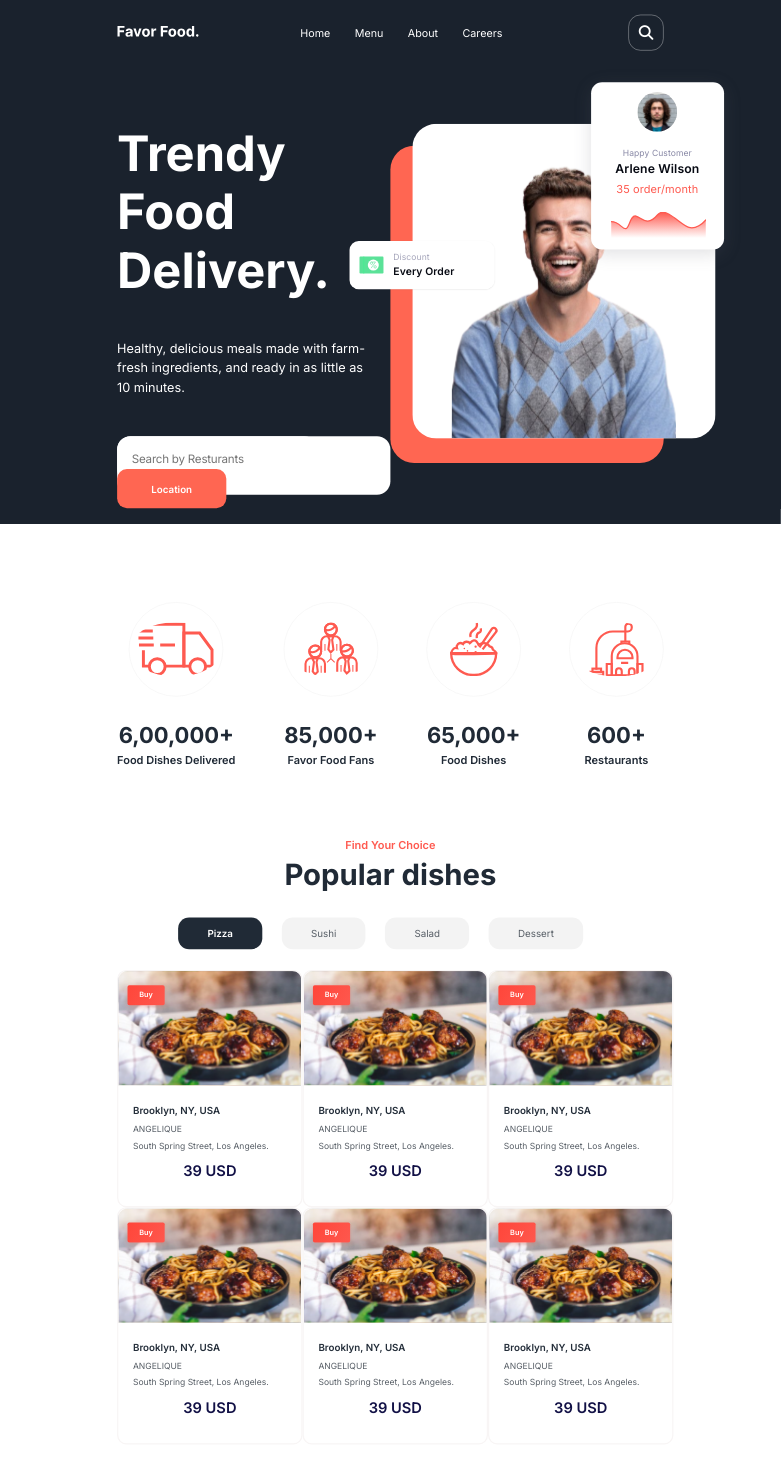
Repository: badhon252/favor-food
Page: index.html
An editor plug-in stored every save of this project. The page is shown before and after the next save, followed by the edit.
The browser window is 1280 px wide. The pictures show the whole page, at 61% of full size.
The style sheet was rebuilt from its Sass, Less or Tailwind sources for each picture, by a compiler version that may differ from the author's.

Above is the page before, as saved 2022-09-12 18:51:12.

### index.html
<!DOCTYPE html>
<html lang="en">

<head>
    <meta charset="UTF-8">
    <meta http-equiv="X-UA-Compatible" content="IE=edge">
    <meta name="viewport" content="width=device-width, initial-scale=1.0">
    <!-- fontawesome cdn link  -->
    <link rel="stylesheet" href="https://cdnjs.cloudflare.com/ajax/libs/font-awesome/6.2.0/css/all.min.css">
    <!-- custom css  -->
    <link rel="stylesheet" href="scss/style.css">

    <title>Favor-Food</title>
</head>

<body>
    <header class="">
        <div class="container">

            <nav>
                <div class="navbar-brand">
                    <img src="./images/logo.svg" alt="">
                </div>
                <ul class="nav">
                    <li><a href="">Home</a></li>
                    <li><a href="">Menu</a></li>
                    <li><a href="">About</a></li>
                    <li><a href="">Careers</a></li>
                </ul>

                <div class="search-icon">
                    <i class="fa-solid fa-magnifying-glass"></i>
                </div>
            </nav>

            <div class="header-content my-2">
                <div class="row">


                    <div class="col-md-6">
                        <h1>Trendy Food <br> Delivery.</h1>
                        <p class="my-5">Healthy, delicious meals made with farm- <br> fresh ingredients, and ready in as
                            little as <br>
                            10 minutes.
                        </p>
                        <form action="">
                            <input type="text" id="location" placeholder="Search by Resturants">
                            <label for="location">Location</label>
                        </form>
                    </div>
                    <div class="col-md-6">
                        <div class="card my-3">

                            <img src="./images/image 624.svg" class="header-main-img" alt="">

                            <div class="discount-card">
                                <img src="./images/Group 4347.svg" alt="">
                                <div class="discount">
                                    <h4>Discount</h4>
                                    <h2>Every Order</h2>
                                </div>
                            </div>
                            <div class="profile-card">
                                <img src="./images/Group 2738.svg" alt="">
                                <h4>Happy Customer</h4>
                                <h3>Arlene Wilson</h3>
                                <h2>35 order/month</h2>
                                <img src="./images/Group 2811.svg" alt="">
                            </div>
                        </div>
                    </div>
                </div>
            </div>
        </div>
    </header>

    <div class="second-section">
        <div class="row container">
            <div class="col-md-3">
                <img src="./images/Group 4321.svg" alt="" class="my-2 py-2">
                <h2>6,00,000+</h2>
                <h3>Food Dishes Delivered</h3>
            </div>
            <div class="col-md-3">
                <img src="./images/Group 4328.svg" alt="" class="my-2 py-2">
                <h2>85,000+</h2>
                <h3>Favor Food Fans</h3>
            </div>
            <div class="col-md-3">
                <img src="./images/Group 4323.svg" alt="" class="my-2 py-2">
                <h2>65,000+</h2>
                <h3>Food Dishes</h3>
            </div>
            <div class="col-md-3">
                <img src="./images/Group 4324.svg" alt="" class="my-2 py-2">
                <h2>600+</h2>
                <h3>Restaurants</h3>
            </div>
        </div>
    </div>

    <section class="third-section container">
        <h3>Find Your Choice</h3>
        <h2>Popular dishes</h2>
        <nav class="my-3">
            <ul>
                <li><a href="" class="active-btn btn">Pizza</a></li>
                <li><a href="" class="btn">Sushi</a></li>
                <li><a href="" class="btn">Salad</a></li>
                <li><a href="" class="btn">Dessert</a></li>
            </ul>
        </nav>

        <div class="food-items">
            <div class="row">

                <div class="col-md-4 card">
                    <div class="card-header">
                        <img src="./images/Rectangle 3.svg" alt="">
                        <div class="card-tag btn">Buy</div>
                    </div>
                    <div class="card-body">
                        <h4>Brooklyn, NY, USA</h4>
                        <h5>ANGELIQUE</h5>
                        <h6>South Spring Street, Los Angeles.</h6>
                        <span class="price">39 USD</span>
                    </div>
                </div>

                <div class="col-md-4 card">
                    <div class="card-header">
                        <img src="./images/Rectangle 3.svg" alt="">
                        <div class="card-tag btn">Buy</div>
                    </div>
                    <div class="card-body">
                        <h4>Brooklyn, NY, USA</h4>
                        <h5>ANGELIQUE</h5>
                        <h6>South Spring Street, Los Angeles.</h6>
                        <span class="price">39 USD</span>
                    </div>
                </div>

                <div class="col-md-4 card">
                    <div class="card-header">
                        <img src="./images/Rectangle 3.svg" alt="">
                        <div class="card-tag btn">Buy</div>
                    </div>
                    <div class="card-body">
                        <h4>Brooklyn, NY, USA</h4>
                        <h5>ANGELIQUE</h5>
                        <h6>South Spring Street, Los Angeles.</h6>
                        <span class="price">39 USD</span>
                    </div>
                </div>

            </div>

            <div class="row">

                <div class="col-md-4 card">
                    <div class="card-header">
                        <img src="./images/Rectangle 3.svg" alt="">
                        <div class="card-tag btn">Buy</div>
                    </div>
                    <div class="card-body">
                        <h4>Brooklyn, NY, USA</h4>
                        <h5>ANGELIQUE</h5>
                        <h6>South Spring Street, Los Angeles.</h6>
                        <span class="price">39 USD</span>
                    </div>
                </div>

                <div class="col-md-4 card">
                    <div class="card-header">
                        <img src="./images/Rectangle 3.svg" alt="">
                        <div class="card-tag btn">Buy</div>
                    </div>
                    <div class="card-body">
                        <h4>Brooklyn, NY, USA</h4>
                        <h5>ANGELIQUE</h5>
                        <h6>South Spring Street, Los Angeles.</h6>
                        <span class="price">39 USD</span>
                    </div>
                </div>

                <div class="col-md-4 card">
                    <div class="card-header">
                        <img src="./images/Rectangle 3.svg" alt="">
                        <div class="card-tag btn">Buy</div>
                    </div>
                    <div class="card-body">
                        <h4>Brooklyn, NY, USA</h4>
                        <h5>ANGELIQUE</h5>
                        <h6>South Spring Street, Los Angeles.</h6>
                        <span class="price">39 USD</span>
                    </div>
                </div>

            </div>

        </div>
    </section>
</body>

</html>

### scss/style.scss
@import url("https://fonts.googleapis.com/css2?family=Inter:wght@400;600;700;800;900&display=swap");
* {
  margin: 0%;
  padding: 0;
  box-sizing: border-box;
  font-family: "Inter", sans-serif;
}

.container {
  margin: 0 12rem;
}
.row {
  display: flex;
  align-items: center;
  justify-content: space-between;
  max-width: 100%;
  .col-md-6 {
    max-width: 50%;
  }
}
h1 {
  font-weight: 700;
  font-size: 5rem;
  line-height: 96px;
}
.my-2 {
  margin: 2rem 0;
}
.my-3 {
  margin: 3rem 0;
}
.my-4 {
  margin: 4rem 0;
}
.my-5 {
  margin: 5rem 0;
}
.my-5 {
  margin: 5rem 0;
}
.my-6 {
  margin: 6rem 0;
}
.btn {
  outline: none;
  border: none;
  padding: 15px 30px;
}
.py-1 {
  padding: 1rem 0;
}
.py-2 {
  padding: 2rem 0;
}
.py-3 {
  padding: 3rem 0;
}
.py-4 {
  padding: 4rem 0;
}
//==========
//=========
// =======
header {
  background-color: #1a222d;
  color: #fff;
  nav {
    display: flex;
    justify-content: space-between;
    align-items: center;
    padding: 1.5rem 0;
    ul {
      display: flex;
      li {
        list-style-type: none;
        a {
          text-decoration: none;
          color: #fff;
          margin-right: 2.5rem;
          font-size: 1.1rem;
          font-weight: 500;
        }
      }
    }

    .search-icon {
      color: #fff;
      border: 1px solid rgba(255, 255, 255, 0.521);
      border-radius: 50%;
      padding: 1rem;
      border-radius: 20px;
      cursor: pointer;
      &:hover {
        opacity: 1;
      }
      i {
        font-size: 1.5rem;
      }
    }
  }

  .header-content {
    min-height: 80vh;
    padding: 3rem 0;
    h1 {
      margin: 1rem 0;
    }
    p {
      font-size: 1.3rem;
      font-weight: 500;
      margin: 4rem 0;
      line-height: 32px;
    }
    form {
      display: inline-block;
      border-radius: 22px;
      background: #ffffff;
      input {
        padding: 1.5rem;
        font-size: 19px;
        line-height: 28px;
        letter-spacing: -0.02em;
        outline: none;
        border: none;
        color: #b1b1b1;
        border-radius: 22px;
      }
      label {
        background: #ff6652;
        border-radius: 16px;
        padding: 1.4rem 3.5rem;
        margin-right: 0.6rem;
        cursor: pointer;
        font-weight: 600;
      }
    }

    .card {
      background: #ff6652;
      border-radius: 39px;
      // padding: 0 4rem;
      position: relative;
      .header-main-img {
        background-color: #fff;
        padding: 0 4rem;
        border-radius: 39px;
        position: relative;
        margin-left: 8%;
        margin-bottom: 8%;
        margin-top: -8%;
        transition: 0.4s;
        &:hover {
          margin-top: 0%;
          margin-left: 0%;
          margin-bottom: 0%;
        }

        // padding-left: 3rem;
        // &:hover {
        //   margin: -2rem -2rem auto auto;
        // }
      }

      .discount-card {
        position: absolute;
        top: 30%;
        left: -15%;
        background-color: #fff;
        color: #000;
        padding: 1rem;
        display: flex;
        border-radius: 15px;
        width: 238px;
        box-shadow: rgba(0, 0, 0, 0.1) 0px 1px 2px 0px;

        img {
          margin-right: 1rem;
        }
        h4 {
          font-weight: 400;
          font-size: 14px;
          line-height: 21px;
          letter-spacing: 0.01em;
          color: #a6a6bb;
        }
        h2 {
          font-weight: 600;
          font-size: 17px;
          line-height: 26px;
          letter-spacing: 0.01em;
          color: #070a13;
        }
      }
      .profile-card {
        position: absolute;
        top: -20%;
        right: -22%;
        width: 218px;
        height: 274px;
        background-color: #fff;
        border-radius: 18px;
        color: #000;
        padding: 0 2rem;
        text-align: center;
        box-shadow: rgba(100, 100, 111, 0.2) 0px 7px 29px 0px;
        img {
          margin: 1rem 0;
        }
        h4 {
          font-weight: 500;
          font-size: 14px;
          line-height: 16px;
          text-align: center;
          letter-spacing: 0.01em;
          color: #8888a5;
          margin: 0.4rem 0;
        }
        h3 {
          font-weight: 600;
          font-size: 20px;
          line-height: 23px;
          letter-spacing: 0.01em;
          color: #070a13;
        }
        h2 {
          font-weight: 500;
          font-size: 18px;
          line-height: 21px;
          letter-spacing: 0.01em;
          color: #fe5a50;
          margin: 0.7rem 0;
        }
      }
    }
  }
}

.second-section {
  padding: 4rem 0;
  text-align: center;
  img {
    border-radius: 50%;
    width: 155px;
    height: 155px;

    background: #ffffff;
    border: 1px solid #f3f3f3;
    &:hover {
      box-shadow: rgba(0, 0, 0, 0.1) 0px 20px 25px -5px,
        rgba(0, 0, 0, 0.04) 0px 10px 10px -5px;
    }
  }
  h2 {
    font-weight: 700;
    font-size: 36px;
    line-height: 54px;
    text-align: center;
    color: #202a36;
  }
  h3 {
    font-weight: 600;
    font-size: 18px;
    line-height: 27px;
    text-align: center;
    color: #202a36;
  }
}

.third-section {
  padding: 3rem 0;
  h3 {
    font-weight: 600;
    font-size: 18px;
    line-height: 27px;
    text-align: center;
    color: #fe5a50;
  }
  h2 {
    font-weight: 700;
    font-size: 48px;
    line-height: 72px;
    text-align: center;
    color: #202a36;
  }
  nav {
    ul {
      display: flex;
      align-items: center;
      justify-content: center;
      li {
        list-style: none;
        margin-right: 2rem;
        a {
          font-weight: 500;
          text-decoration: none;
          font-size: 1rem;
          line-height: 24px;
          text-align: center;
          color: #575e66;
          background: #f3f3f3;
          border-radius: 18px;
          padding: 1rem 3rem;
        }
        .active-btn {
          background: #202a36;
          border-radius: 18px;
          color: #fff;
          font-weight: 600;
        }
      }
    }
  }

  .food-items {
    .card {
      background: #ffffff;
      border: 2px solid #f8f5f5;
      border-radius: 15px;
      position: relative;
      .card-tag {
        background: linear-gradient(116.88deg, #ff4539 -4.28%, #fe5a50 112.69%);
        box-shadow: 0px 4px 8px rgba(205, 71, 41, 0.26);
        border-radius: 3px;
        position: absolute;
        top: 6%;
        left: 5%;
        padding: 0.5rem 1.2rem;
        font-weight: 600;
        font-size: 12px;
        line-height: 140%;
        /* identical to box height, or 17px */

        text-align: center;

        color: #ffffff;
      }
    }
    h4 {
      font-weight: 600;
      font-size: 16px;
      line-height: 24px;
      color: #242e3a;
    }
    h5 {
      font-weight: 400;
      font-size: 14px;
      line-height: 140%;
      color: #575e66;
      margin: 0.5rem 0;
    }
    h6 {
      font-weight: 400;
      font-size: 14px;
      line-height: 140%;
      color: #575e66;
    }
    .price {
      font-weight: 600;
      font-size: 24px;
      line-height: 140%;
      text-align: center;
      color: #121146;
      text-align: center;
      display: block;
      padding: 1rem 0;
    }
    .card-body {
      padding: 1.5rem;
    }
  }
}

After the next save:
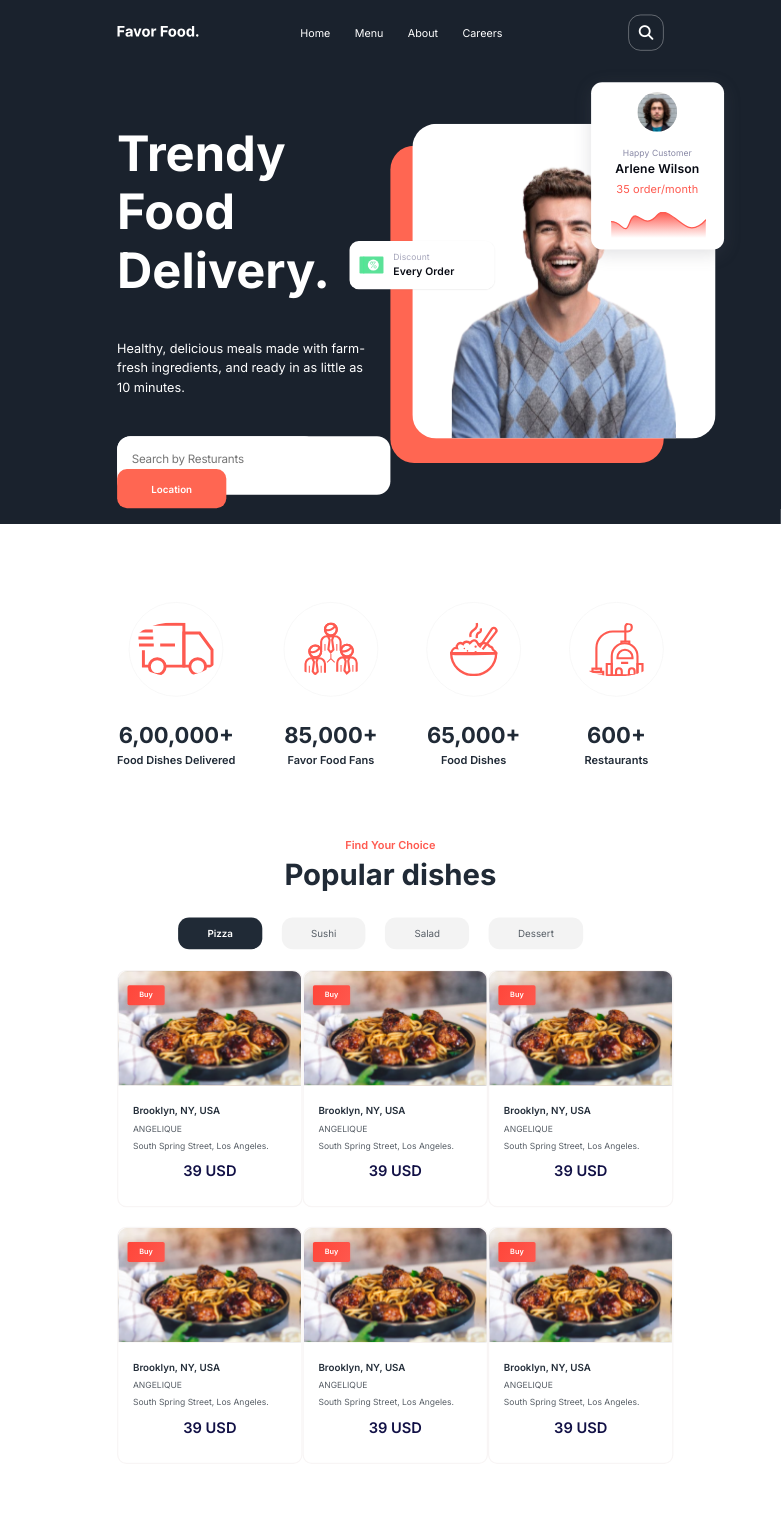
Saved 19 s later.
--- a/index.html
+++ b/index.html
@@ -155,7 +155,7 @@
 
             </div>
 
-            <div class="row">
+            <div class="row my-2">
 
                 <div class="col-md-4 card">
                     <div class="card-header">
